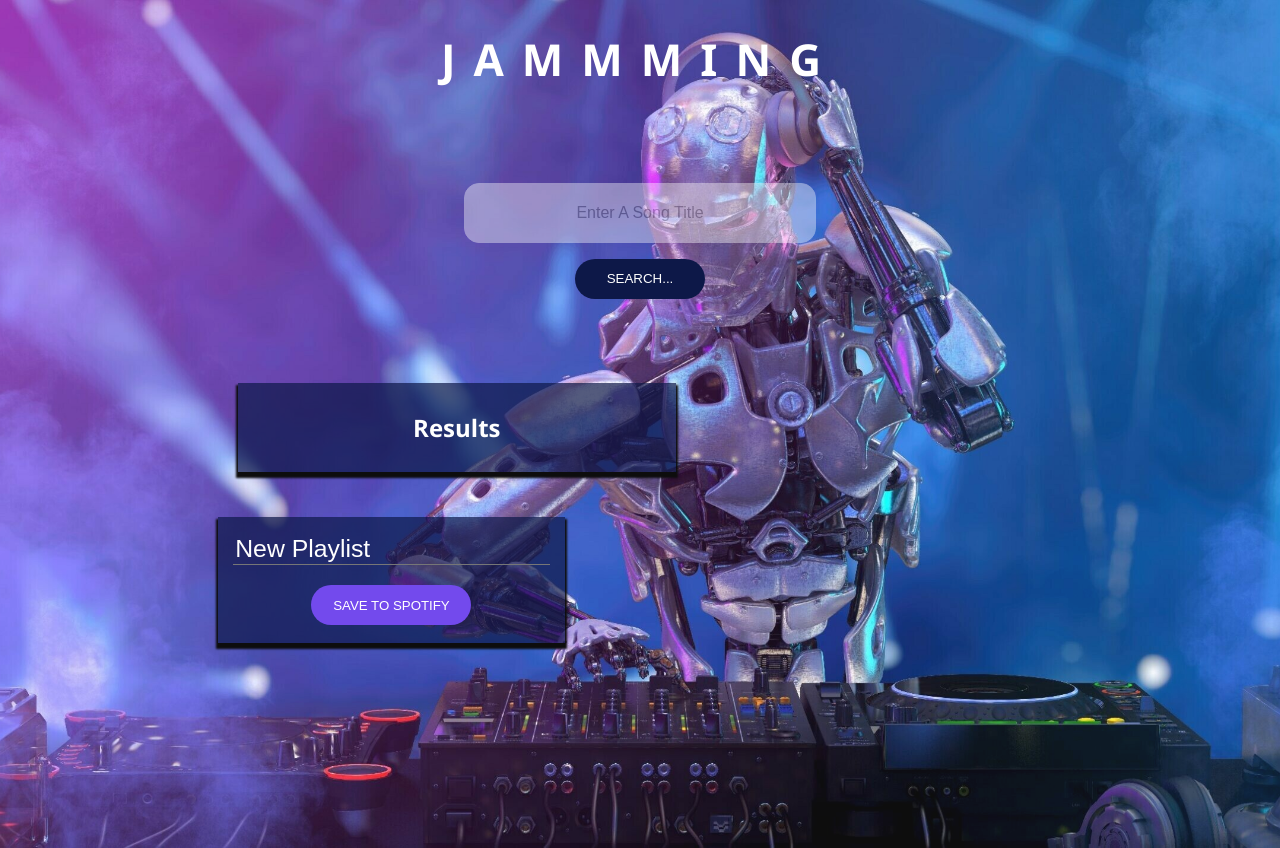
Repository: LolaSL/jamming
Page: /
An editor plug-in stored every save of this project. The page is shown before and after the next save, followed by the edit.
The browser window is 1280 px wide. The pictures show the whole page.
The project was rebuilt for these pictures with package versions that can differ from the ones it lists, and the page was loaded fresh each time. Also part of the build but not shown: src/components/Track/Track.css, src/components/Track/Track.jsx.

Above is the page before, as saved 2023-06-22 19:09:16.

After the next save:
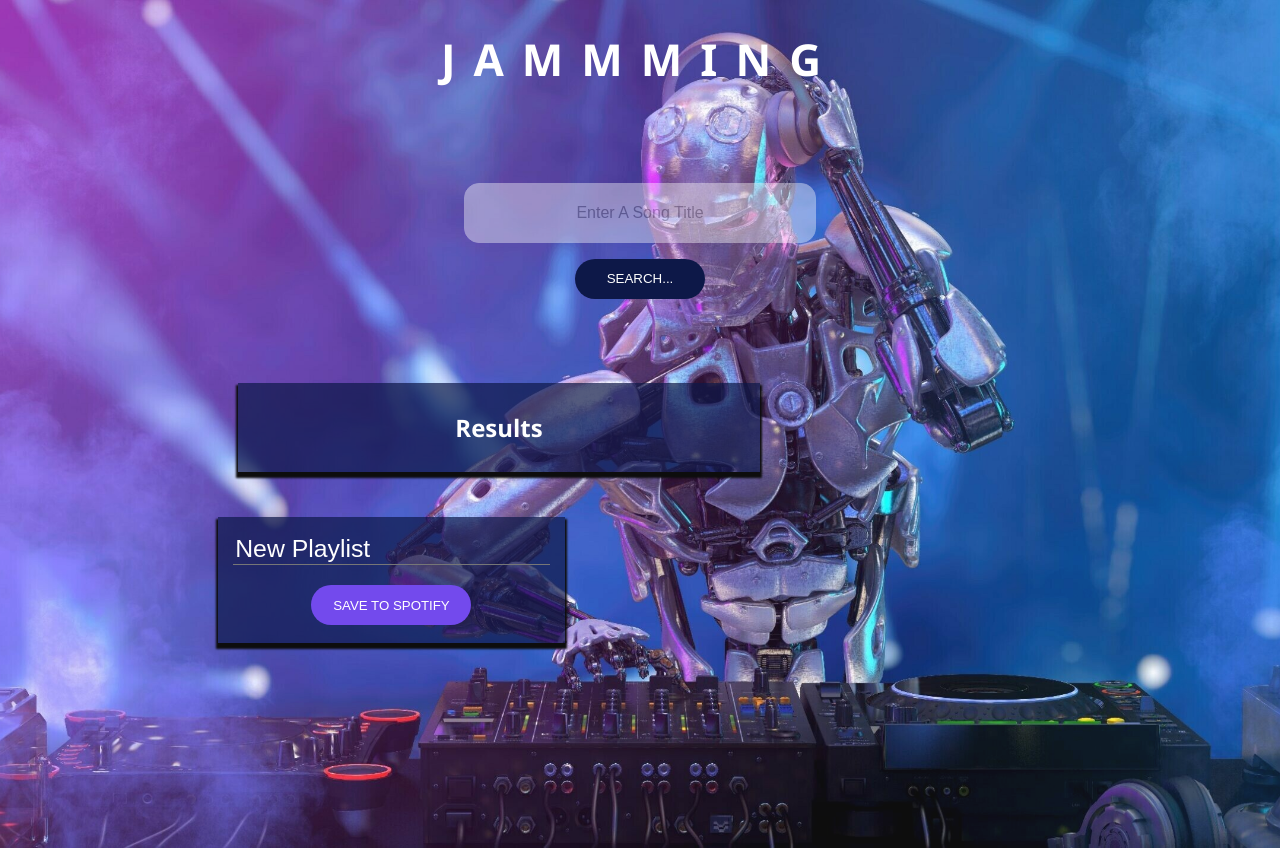
Saved 31 s later.
--- a/src/components/SearchResults/SearchResults.css
+++ b/src/components/SearchResults/SearchResults.css
@@ -1,7 +1,7 @@
 .SearchResults {
   display: flex;
   flex-direction: column;
-    width: 50%;
+    width:60%;
     height: auto;
     overflow-y: scroll;
     align-items: center;
